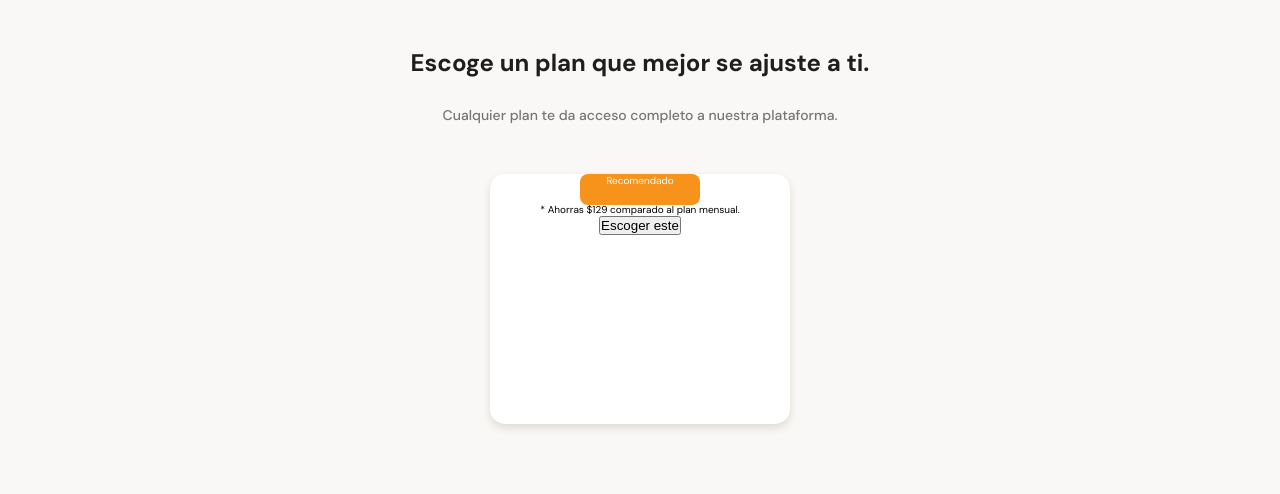
Repository: EnzoSz/Mobile-First
Page: index.html
These files come from the project's save history. The page is drawn as it stood at one moment and after the next save; the edit follows.
The browser window is 1280 px wide. The pictures show the part of the page from y = 2782 to 3276 px (the page is 3276 px tall).

Above is the page before, as saved 2021-02-04 22:34:52.

### index.html
<!DOCTYPE html>
<html lang="en">
<head>
    <meta charset="UTF-8">
    <meta name="viewport" content="width=device-width, initial-scale=1.0">
    <title>Document</title>
    <link rel="preconnect" href="https://fonts.gstatic.com">
    <link href="https://fonts.googleapis.com/css2?family=DM+Sans:wght@400;500;700&family=Inter:wght@300;500&display=swap" rel="stylesheet">
    <link rel="stylesheet" href="./estilos.css">
</head>
<body>
    <header>
        <img src="./assets/img/logo.svg" alt="">
        <div class="header--title-container">
            <h1>La próxima revolución en el intercambio de criptomonedas.</h1>
            <p>Batabit te ayuda a navegar entre los diferentes precios y tendencias.</p>
            <a href="#plans" class="header--button">Conoce Nuestros Planes <span></span></a>
        </div>
    </header>
    <main>
        <section class="main-exchange-container">
            <div class="backgroundImg"></div>
            <div class="main.exchange-container--title">
                <h2>Visibilizamos todas las tasas de cambio.</h2>
                <p>
                    Traemos informacion en  tiempo real de las casas de cambio y las monedas más importante del mundo.

                </p>
            </div>
            <section class="main-tables-container">
                <div class="main-currency-table">
                    <p class="currency-table--title">Monedas</p>
                    <div class="currency-table--container">
                        <table>
                            <tr>
                                <td class="table__top-left">Bitcoin</td>
                                <td class="table__top-right table__right">$1.96 <span class="down"></span></td>
                            </tr>
                            <tr>
                                <td>Ethereum</td>
                                <td class="table__right">$0.07 <span class="up"></span></td>
                            </tr>
                            <tr>
                                <td>Ripple</td>
                                <td class="table__right">$2.15 <span class="down"></span></td>
                            </tr>
                            <tr>
                                <td class="table__bottom-left">Stellar</td>
                                <td class="table__bottom-right table__right">$4.96 <span class="down"></span></td>
                            </tr>
                        </table>
                    </div>
                    <div class="currency-table-date">
                        <p>
                            <b>Actualizado:</b> 19 de Julio 23:45
                        </p>
                    </div>
                </div>
                <div class="main-commissions-table">
                    <p class="commissions-table--title">Comisiones</p>
                    <div class="commissions-table--container">
                        <table>
                            <tr>
                                <td class="table__top-left">Bitrade</td>
                                <td class="table__top-right table__right">$12.96</td>
                            </tr>
                            <tr>
                                <td>Bitpreco</td>
                                <td class="table__right">$13.07</td>
                            </tr>
                            <tr>
                                <td>Novadax</td>
                                <td class="table__right">$13.15</td>
                            </tr>
                            <tr>
                                <td class="table__bottom-left">Coinext</td>
                                <td class="table__bottom-right table__right">$14.96</td>
                            </tr>
                        </table>
                    </div>
                    <div class="commissions-table-date">
                        <p>
                            <b>Actualizado:</b> 19 de Julio 23:48
                        </p>
                    </div>
                </div>
            </section>
        </section>
        <section class="main-product-detail">
            <span class="product-detail--batata-logo"></span>
            <div class="product-detail--title">
                <h2>
                    Creamos un producto sin comparación.
                </h2>
                <p>
                    Confiable y diseñado para su uso diario.
                </p>
            </div>
            <section class="product-cards--container">
                <article class="product-detail--card">
                    <span class="icon-card clock"></span>
                    <p class="product--card-title">Tiempo real</p>
                    <p class="product--card-body">
                        Nuestra API toma información minuto a minuto sobre las tasas que más determinan el comportamiento.
                    </p>
                </article>
                <article class="product-detail--card">
                    <span class="icon-card eye "></span>
                    <p class="product--card-title">No hay tasas escondidas</p>
                    <p class="product--card-body">
                        Ni en la compra o al momento de exit. Batabit siempre te muestra el costo real de lo que estas adquiriendo.
                    </p>
                </article>
                <article class="product-detail--card">
                    <span class="icon-card dollar "></span>
                    <p class="product--card-title">Compara monedas</p>
                    <p class="product--card-body">
                        No mas rumores, con Batabit sabrás el valor real de cada moneda en el mercado actual.
                    </p>
                </article>
                <article class="product-detail--card">
                    <span class="icon-card check "></span>
                    <p class="product--card-title">información confiable</p>
                    <p class="product--card-body">
                        Nuestras fuentes estan 100% verificadas y continuamos auditando su contenido mientras se actualizan.
                    </p>
                </article>
            </section>

        </section>
        <section class="bitcoin-img-container">
            <h2>Conócelo hoy.</h2>
        </section>
        <section id="plans" class="main-plans-container">
            <div class="plans--title">
                <h2>Escoge un plan que mejor se ajuste a ti.</h2>
                <p>Cualquier plan te da acceso completo a nuestra plataforma.</p>
            </div>
            <section class="plans-container--slider">
                <article class="plan-container--card">
                    <p class="recomendado">Recomendado</p>
                    <div class="plan-info-container">
                        <h3 class="plan-card--title">Pago Anual</h3>
                        <p class="plan-card--price"><span>$</span>99</p>
                        <p class="plan-card--saving">* Ahorras $129 comparado al plan mensual.</p>
                        <button class="plan-card--ca">Escoger este <span></span></button>
                    </div>
                </article>
                <article></article>
                <article></article>
            </section>
        </section>
    </main>
    <footer></footer>
</body>
</html>

### estilos.css
/*
1. Posicionamiento
2. Modelo de caja (Box model)
3. Tipografía
4. Visuales
5. Otros
*/
:root {
    /*Colores */
    --bitcoin-orange: #F7931A;
    --soft-orange: #FFE9D5;
    --secondary-blue: #1A9AF7;
    --soft-blue: #E7F5FF;
    --warm-black: #201E1C;
    --warm-black1: #282623;
    --grey: #BABABA;
    --off-white: #FAF8F7;
    --just-white: #FFFFFF;
}
* {
    box-sizing: border-box;
    margin: 0;
    padding: 0;
}
html {
    font-size: 62.5%;
    font-family: 'DM Sans', sans-serif;
}
header {
    position: relative;
    display: flex;
    flex-direction: column;
    justify-content: center;
    width: 100%;
    min-width: 32rem;
    height: 33.4rem;
    text-align: center;
    background: linear-gradient(207.8deg, #201E1C 16.69%, #F7931A 100%);;
}
header img {
    width: 15rem;
    height: 2.4rem;
    margin-top: 6.0rem;
    align-self:center;
}
.header--title-container {
    width: 90%;
    min-width: 28.8rem;
    max-width: 90rem;
    height: 21.8rem;
    margin-top: 4rem;
    text-align: center;
    align-self:center;

}
.header--title-container h1 {
    font-size: 2.4rem;
    font-weight: bold;
    line-height: 2.6rem;
    color: var(--just-white);
}
.header--title-container p {
    margin-top: 25px;
    font-size: 1.4rem;
    font-weight: 500;
    line-height: 1.8rem;
    color: var(--soft-orange);
}
.header--title-container .header--button {
    position: absolute;
    left: calc(50% - 118px);
    top: 270px;
    display: block;
    margin-top: 35px;
    padding: 15px;
    width: 229px;
    height: 48px;
    background-color: var(--off-white);
    /*Sombra*/
    box-shadow: 0px 4px 8px rgba(89, 73, 30, 0.16);
    border: none;
    border-radius: 5px;
    font-size: 1.4rem;
    font-weight: bold;
    text-decoration: none;
    color: var(--warm-black1);
}
.header--button span {
    display: inline-block;
    width: 13px;
    height: 8px;
    margin-left: 10px;
    background-image: url('./assets/icons/arrow-down.svg');
}
main {
    width: 100%;
    height: auto;
    background-color: var(--off-white);
}
.main-exchange-container {
    width: 100%;
    height: auto;
    padding-top: 80px;
    padding-bottom: 30px;
    text-align: center;
}
.main-exchange-container--title {
    width: 90%;
    min-width: 288px;
    max-width: 900px;
    margin: 0 auto;
}
.main-exchange-container .backgroundImg {
    width: 200px;
    height: 200px;
    margin: 0 auto;
    margin-bottom: 50px;
    background-image:url('./assets/img/bitcoin.svg');
    background-size: cover;
    background-position: center;
    background-repeat: no-repeat;
}
.main-exchange-container h2 {
    margin-bottom: 30px;
    font-size: 2.4rem;
    font-weight: bold;
    line-height: 2.6rem;
    color: var(--warm-black1);
}
.main-exchange-container p {
    margin-bottom: 30px;
    font-size: 1.4rem;
    font-weight: 500;
    line-height: 1.6rem;
    color: #757575;
}
.main-currency-table, .main-commissions-table {
    width: 70%;
    min-width: 235px;
    max-width: 500px;
    height: 360px;
    margin: 0 auto;
    font-family: "Inter", sans-serif;
}
.main-currency-table .currency-table--title {
    margin-bottom: 15px;
    font-size: 1.8rem;
    font-weight: bold;
    line-height: 2.3rem;
    color: var(--bitcoin-orange);
}
.currency-table--container, .commissions-table--container {
    width: 90%;
    min-width: 230px;
    max-width: 300px;
    height: 250px;
    margin: 0 auto;
}
.currency-table--container table, .commissions-table--container table {
    width: 100%;
    height: 100%;
}
.currency-table--container td, .commissions-table--container td {
    width: 50%;
    font-size: 1.6rem;
    font-weight: 500;
    line-height: 1.9rem;
    color: var(--grey);
    background-color: var(--just-white);
}
.currency-table--container .table__top-left, .commissions-table--container .table__top-left {
    border-radius: 15px 0 0 0;
}
.currency-table--container .table__top-right, .commissions-table--container .table__top-right {
    border-radius: 0 15px 0 0;
}
.currency-table--container .table__bottom-left, .commissions-table--container .table__bottom-left {
    border-radius: 0 0 0 15px;
}
.currency-table--container .table__bottom-right, .commissions-table--container .table__bottom-right {
    border-radius: 0 0 15px 0;
}
.currency-table--container .table__right, .commissions-table--container .table__right {
    font-size: 1.4rem;
    font-weight: normal;
    line-height: 1.7rem;
    color: #757575;
}
.currency-table--container .down {
    display: inline-block;
    width: 15px;
    height: 15px;
    margin-left: 10px;
    background-image: url('./assets/icons/trending-down.svg');
    background-size: cover;
    background-position: center;
    background-repeat: no-repeat;
}
.currency-table--container .up {
    display: inline-block;
    width: 15px;
    height: 15px;
    margin-left: 10px;
    background-image:url('./assets/icons/trending-up.svg');
    background-position: center;
    background-repeat:no-repeat;
}
.currency-table-date {
    width: 190px;
    height: 30px;
    margin: 0 auto;
    margin-top: 15px;
    padding: 8px;
    background-color: var(--soft-orange);
    border-radius: 8px;
}
.currency-table-date p {
    font-size: 1.2rem;
    line-height: 1.5rem;
    color: var(--warm-black);
}
.main-commissions-table .commissions-table--title {
    margin-bottom: 15px;
    font-size: 1.8rem;
    font-weight: bold;
    line-height: 2.3rem;
    color: var(--secondary-blue);
}
.commissions-table-date {
    width: 190px;
    height: 30px;
    margin: 0 auto;
    margin-top: 15px;
    padding: 8px;
    background-color: var(--soft-blue);
    border-radius: 8px;
}
.commissions-table-date p {
    font-size: 1.2rem;
    line-height: 1.5rem;
    color: var(--warm-black);
}
.main-product-detail {
    position: relative;
    width: 100%;
    min-width: 320px;
    height: auto;
    padding: 20px 10px;
    background-color: var(--warm-black);
}
.product-detail--batata-logo {
    position: absolute;
    width: 40px;
    height: 25px;
    top: -10px;
    left: calc(50% - 20px);
    background-image: url('./assets/icons/batata.svg');
}
.product-detail--title {
    width: 90%;
    min-width: 288px;
    height: auto;
    margin: 0 auto;
    margin-top: 50px;
    text-align: center;
}
.product-detail--title h2 {
    margin-bottom: 20px;
    font-size: 2.4rem;
    font-weight: bold;
    line-height: 2.6rem;
    color: var(--just-white);
}
.product-detail--title p {
    margin-bottom: 20px;
    font-size: 1.4rem;
    font-weight: 500;
    line-height: 1.8rem;
    color: #808080;
}
.product-detail--card {
    width: 90%;
    min-width: 288px;
    max-width: 400px;
    min-height: 150px;
    margin: 15px auto;
    padding: 15px;
    background-color:var(--warm-black1);
    border-radius: 5px;
    box-shadow: 0 4px 8px rgba(0, 0, 0, 0.16);
}
.product-detail--card .icon-card {
    display: inline-block;
    width: 20px;
    height: 20px;
    margin-bottom: 10px;
    background-size: cover;
    background-position: center;
    background-repeat: no-repeat;
}
.clock {
    background-image: url('./assets/icons/clock.svg');
}
.product--card-title {
    margin-bottom: 15px;
    font-size: 1.8rem;
    font-weight: bold;
    line-height: 1.8rem;
    color: var(--just-white);
}
.product--card-body {
    font-size: 1.4rem;
    font-weight: 500;
    line-height: 1.8rem;
    color: #808080;
}
.eye {
    background-image: url('./assets/icons/eye.svg');
}
.dollar {
    background-image: url('./assets/icons/dollar-sign.svg');
}
.check {
    background-image: url('./assets/icons/check-circle.svg');
}
.bitcoin-img-container {
    width: 100%;
    min-width: 320px;
    height: 60vh;
    background-image: url('./assets/img/bitcoinbaby1.jpg');
    background-position: center;
    background-size: cover;
    background-repeat: no-repeat;
    text-align: center;
}
.bitcoin-img-container h2 {
    padding-top: 30px;
    font-size: 2.4rem;
    font-weight: bold;
    line-height: 2.6rem;
    color: var(--just-white);
}
.main-plans-container {
    width: 100%;
    min-width: 320px;
    padding-bottom: 70px;
    text-align: center;

}
.plans--title {
    width: 90%;
    min-width: 288px;
    height: auto;
    margin: 0 auto;
    margin-bottom: 50px;
}
.plans--title h2 {
    padding-top: 50px;
    font-size: 2.4rem;
    font-weight: bold;
    line-height: 2.6rem;
    color: var(--warm-black);
}
.plans--title p {
    padding-top: 30px;
    font-size: 1.4rem;
    font-weight: 500;
    line-height: 1.8rem;
    color: #757575;
}
.plan-container--card {
    position: relative;
    width: 70%;
    min-width: 230px;
    max-width: 300px;
    height: 250px;
    margin: 50px auto 0;
    padding: 0 15px;
    background-color: var(--just-white);
    border-radius: 15px;
    box-shadow: 0 4px 8px rgba(89, 73,30, 0.16);
}
.recomendado {
    position: absolute;
    width: 120px;
    height: 31px;
    left: calc(50% - 60px);
    background-color: var(--bitcoin-orange);
    border-radius: 8px;
    color: var(--just-white);
}

After the next save:
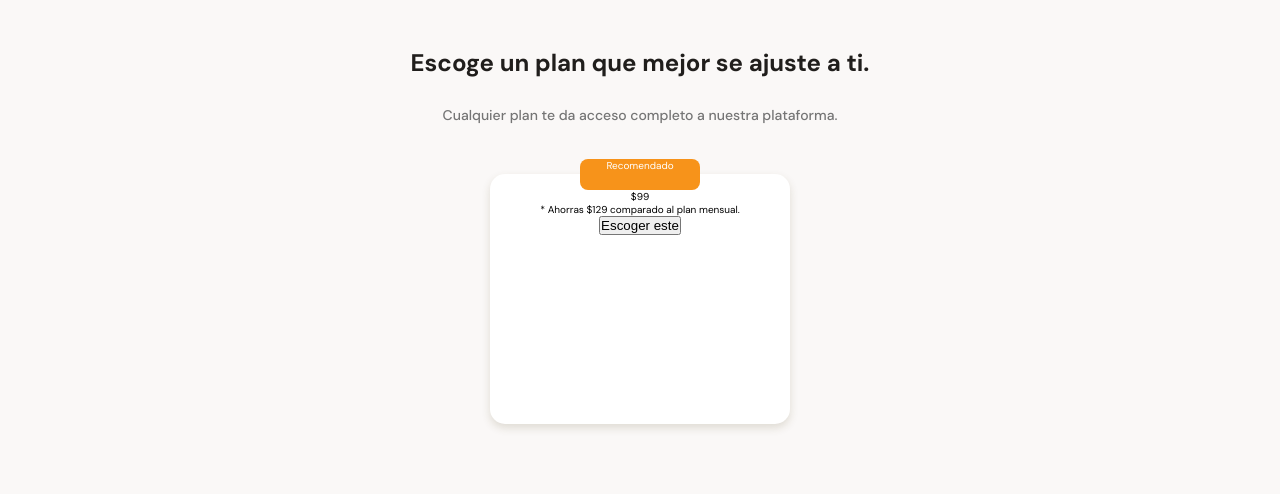
Saved 45 s later.
--- a/estilos.css
+++ b/estilos.css
@@ -384,6 +384,7 @@
     position: absolute;
     width: 120px;
     height: 31px;
+    top: -15px;
     left: calc(50% - 60px);
     background-color: var(--bitcoin-orange);
     border-radius: 8px;
